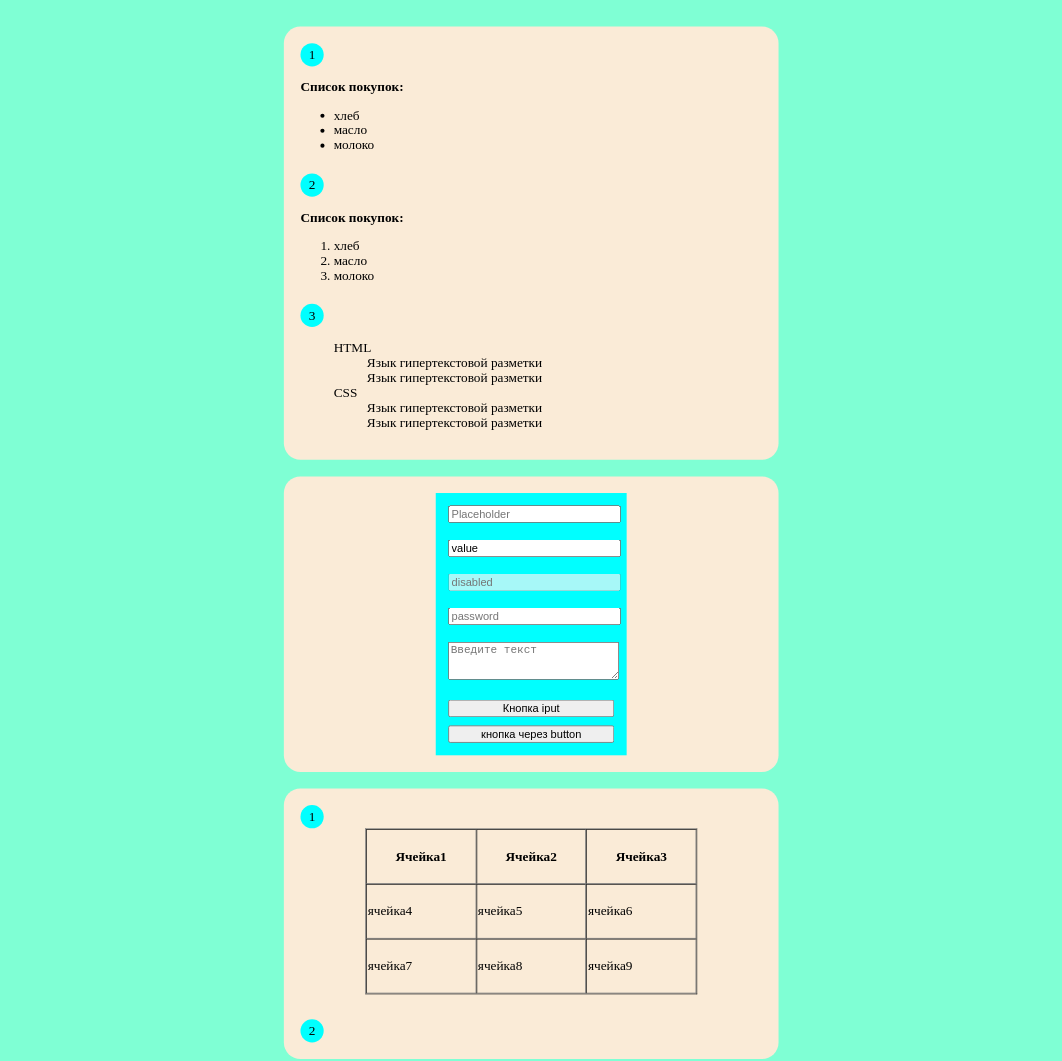
Repository: Savich01/-
Page: html/index.html
These files come from the project's save history. The page is drawn as it stood at one moment and after the next save; the edit follows.
The browser window is 1280 px wide. The pictures show the whole page, at 83% of full size.

Above is the page before, as saved 2024-05-31 16:45:37.

### html/index.html
<!DOCTYPE html>
<html lang="en">
<head>
    <meta charset="UTF-8">
    <meta name="viewport" content="width=device-width, initial-scale=1.0">
    <title>Document</title>
    <link rel="stylesheet" href="/css/style.css">
</head>
<body>

    <header class="header">

    </header>
    <main class="main">
        <div class="container">
            <section class="section-1">
                <div class="block">1</div>
                <p class="text">
                    <b>Список покупок:</b>
                </p>
                <ul class="list">
                    <li>хлеб</li>
                    <li>масло</li>
                    <li>молоко</li>
                </ul>

                <div class="block">2</div>
                <p class="text">
                    <b>Список покупок:</b>
                </p>
                <ol class="list">
                    <li>хлеб</li>
                    <li>масло</li>
                    <li>молоко</li>
                </ol>

                <div class="block">3</div>
                <ul class="main-list--item">
                    <li>HTML
                        <ul>
                            <li class="main-link">Язык гипертекстовой разметки</li>
                            <li class="main-link">Язык гипертекстовой разметки</li>
                        </ul>
                    </li>
                    <li>CSS
                        <ul>
                            <li class="main-link">Язык гипертекстовой разметки</li>
                            <li class="main-link">Язык гипертекстовой разметки</li>
                        </ul>
                    </li>
                </ul>
            </section>

            <section class="section-2">
                <form action="#" class="form">
                    <input class="input" type="text" placeholder="Placeholder">
                    <input class="input" type="text" value="value">
                    <input class="input" type="text" disabled="disabled" placeholder="disabled">
                    <input class="input" type="password" placeholder="password">
                    <textarea class="textarea" placeholder="Введите текст"></textarea>
                    <input class="input-btn" type="button" value="Кнопка iput">
                    <button class="button">кнопка через button</button>
                </form>
            </section>

            <section class="section-3">
                <div class="block">1</div>
                <table class="table" width=400 height=200 border=1 cellpedding=0 cellspacing=0>
                    <tr>
                        <th>Ячейка1</th>
                        <th>Ячейка2</th>
                        <th>Ячейка3</th>
                    </tr>

                    <tr>
                        <td>ячейка4</td>
                        <td>ячейка5</td>
                        <td>ячейка6</td>
                    </tr>
                    <tr>
                        <td>ячейка7</td>
                        <td>ячейка8</td>
                        <td>ячейка9</td>
                    </tr>
                </table>

                <div class="block">2</div>
            </section>
        </div>
    </main>
    <footer class="footer">

    </footer>

</body>
</html>

### css/style.css
body{
    max-width: 600px;
    height: 100%;
    margin: 0 auto;
    background-color: aquamarine;
    padding: 0px 10px;
}

.container{
    padding: 2px;
    margin-top: 30px;
}
/* ==========SECTION-1========================== */
.section-1{
    padding: 20px;
    background-color: antiquewhite;
    border-radius: 20px;
    margin-bottom: 20px;
}

.block{
    background-color:aqua;
    display: inline-block;
    padding: 5px 10px;
    border-radius: 100%;
}

.list{
    margin-bottom: 25px;
}
.main-list--item{
    list-style: none;
    /* text-decoration: none; */
}

.main-link{
    list-style: none;
}

/* ==========SECTION-2========================== */

.section-2{
    background-color: antiquewhite;
    border-radius: 20px;
    padding: 20px;
    margin-bottom: 20px;
}

.form{
    margin: 0 auto;
    max-width: 200px;
    padding: 15px;
    background-color: aqua;
}
.input{
    margin: 0 auto;
    width: 100%;
    margin-bottom: 20px;
}
.textarea{
    width: 100%;
    height: 40px;
    margin-bottom: 20px;
}

.input-btn{
    display: block;
    width: 100%;
    margin-bottom: 10px;
    cursor: pointer;
}
.button{
    display: block;
    width: 100%;
    cursor: pointer;
}

/* ==========SECTION-3========================== */

.section-3{
    background-color: antiquewhite;
    border-radius: 20px;
    padding: 20px;
}

.table{
    margin: 0 auto;
    margin-bottom: 30px;
}

After the next save:
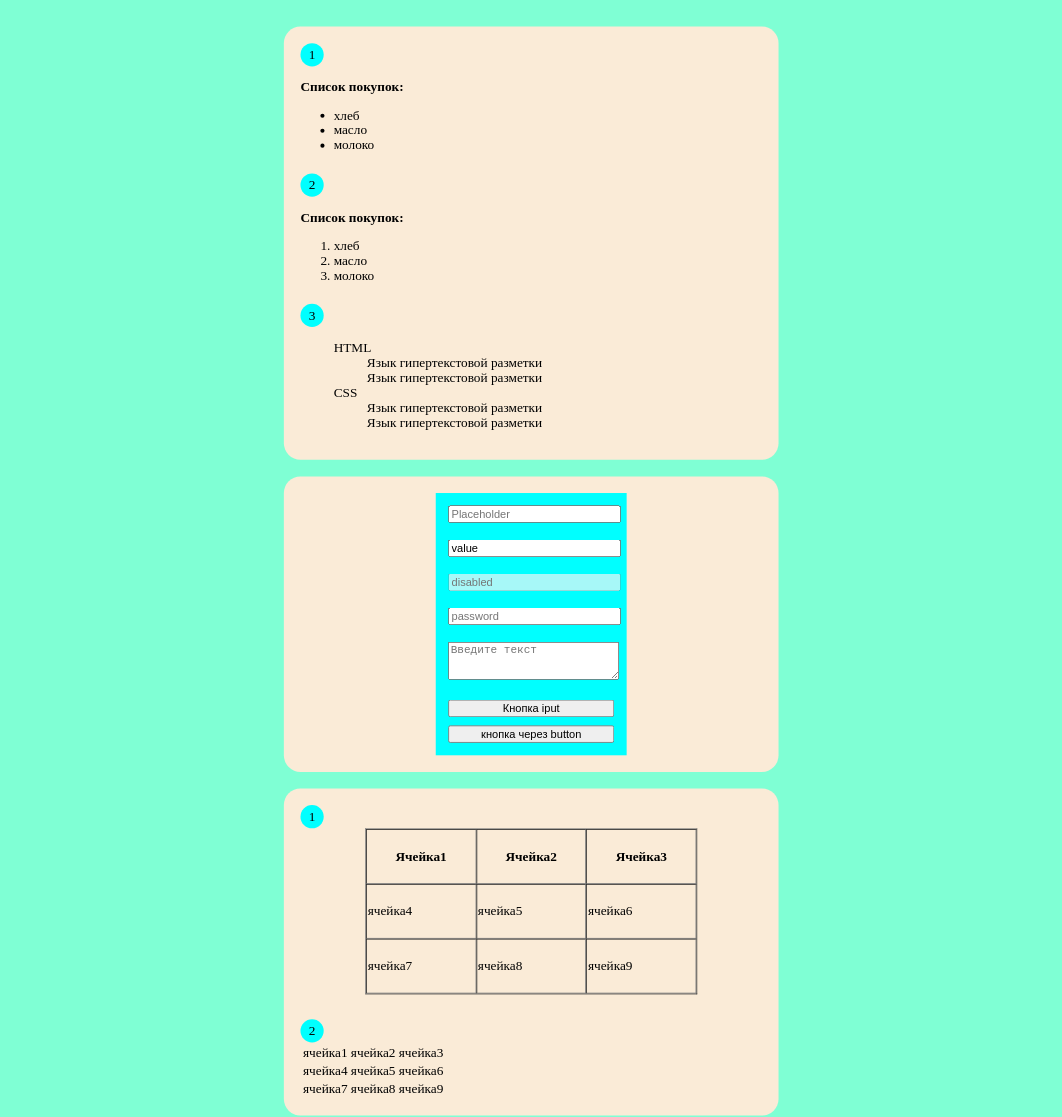
Saved 2 min 1 s later.
--- a/html/index.html
+++ b/html/index.html
@@ -85,6 +85,23 @@
                 </table>
 
                 <div class="block">2</div>
+                <table class="table2">
+                    <tr>
+                        <td>ячейка1</td>
+                        <td>ячейка2</td>
+                        <td>ячейка3</td>
+                    </tr>
+                    <tr>
+                        <td>ячейка4</td>
+                        <td>ячейка5</td>
+                        <td>ячейка6</td>
+                    </tr>
+                    <tr>
+                        <td>ячейка7</td>
+                        <td>ячейка8</td>
+                        <td>ячейка9</td>
+                    </tr>
+                </table>
             </section>
         </div>
     </main>
